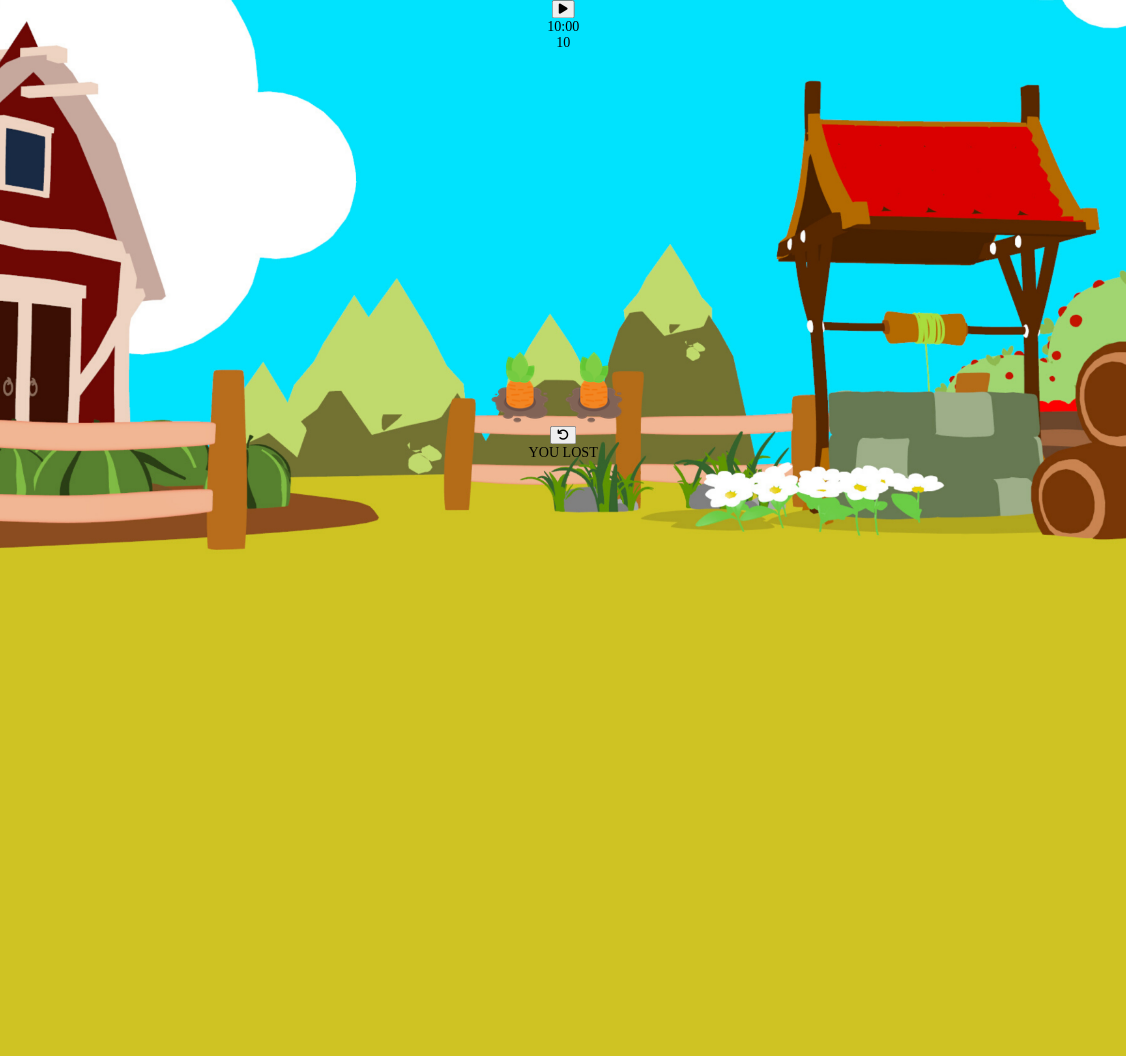
Repository: keehoonjung/Bug-Game
Page: index.html
These files come from the project's save history. The page is drawn as it stood at one moment and after a run of saves; the edit follows.
The browser window is 1280 px wide. The pictures show the whole page, at 88% of full size.
Some web libraries are served in a nearby version.

Above is the page before, as saved 2021-08-10 10:47:13.

### index.html
<!DOCTYPE html>
<html lang="en">
<head>
    <meta charset="UTF-8">
    <meta http-equiv="X-UA-Compatible" content="IE=edge">
    <meta name="viewport" content="width=device-width, initial-scale=1.0">
    <title>Document</title>
    <link rel="stylesheet" href="style.css">
    <script src="main.js"></script>
    <script src="https://kit.fontawesome.com/a7a8d59961.js" crossorigin="anonymous"></script>
</head>
<body>
    <section class="container">
        <section class="header">
            <button class="play__btn">
                <i class="fas fa-play"></i>
            </button>
            <div class="timer">
                10:00
            </div>
            <div class="count">10</div>
        </section>
        <section class="playground">
            <img src="./img/carrot.png" alt="carrot">
            <img src="./img/carrot.png" alt="carrot">
        </section>
        <div class="popup">
            <button class="retry">
                <i class="fas fa-undo"></i>
            </button>
            <div class="message">YOU LOST</div>
        </div>
    </section>
</body>
</html>

### style.css
* {
  box-sizing: border-box;
}

body {
  margin: 0;
}
.container {
  background: center/ cover no-repeat url(/img/background.png);
  height: 1200px;
  text-align: center;
}

.header {
  height: 400px;
}

Loaded but not shown: main.js (no copy from this time; the picture is the same without it)

After the next 2 saves:
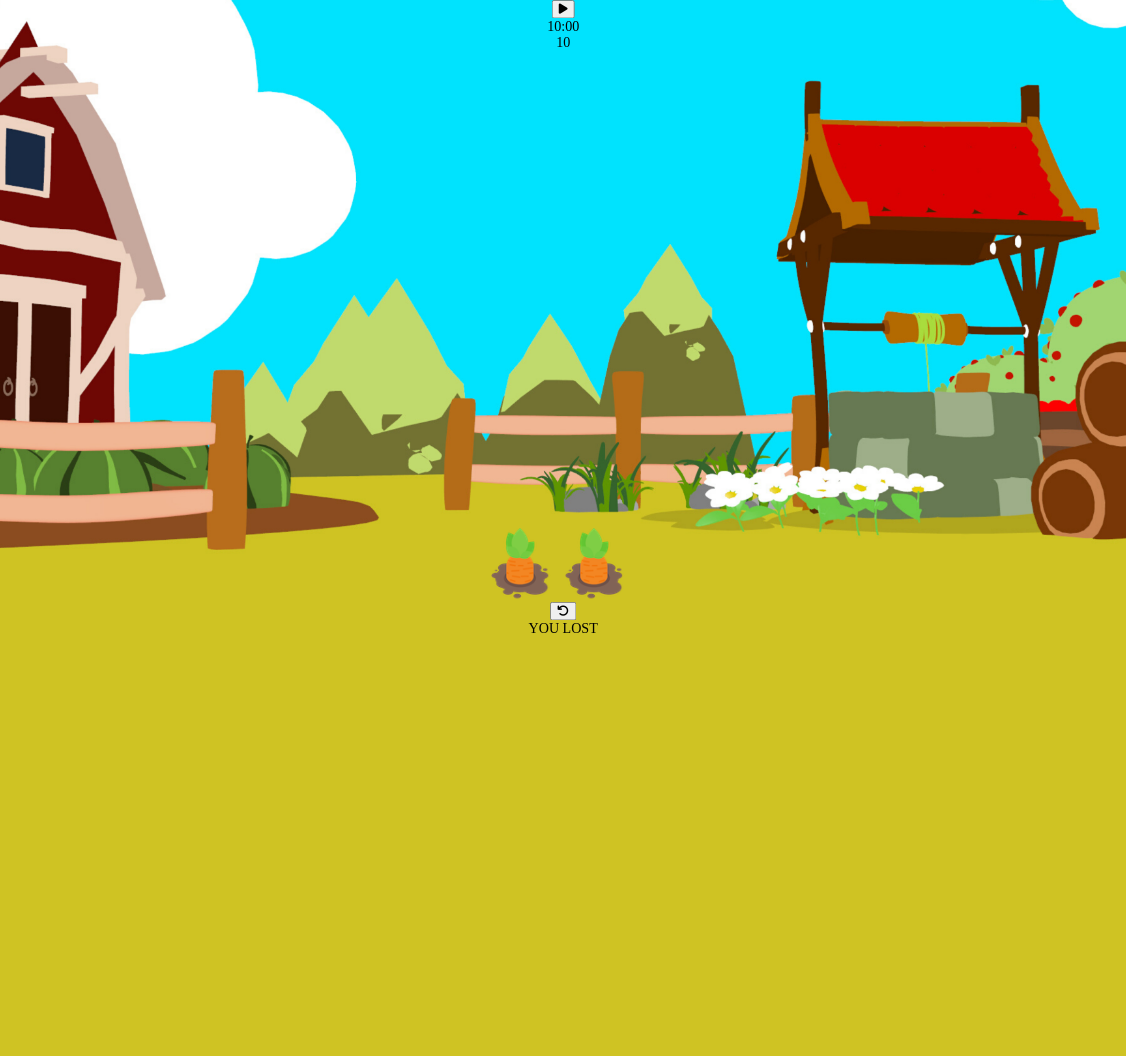
The 2 saves are shown as one change because they came seconds apart.
The last was saved 13 s later.
--- a/style.css
+++ b/style.css
@@ -12,5 +12,5 @@ body {
 }
 
 .header {
-  height: 400px;
+  height: 600px;
 }
